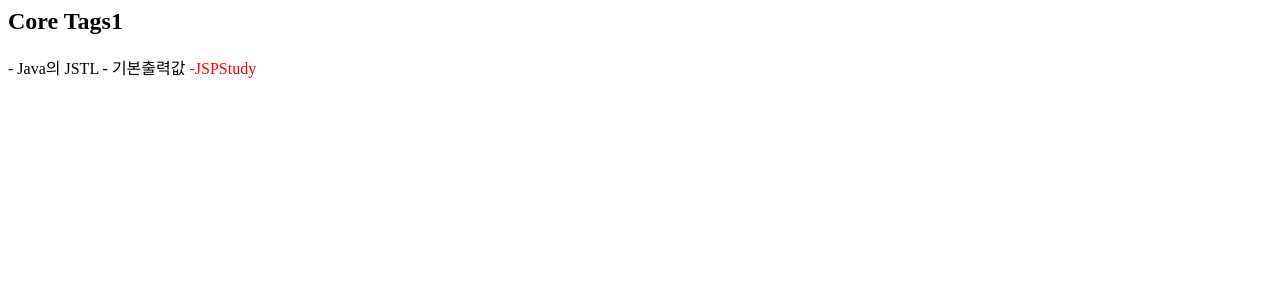
Repository: zboizz/JAVA_practice
Page: http://localhost/myapp/jstl/coreTags1.jsp
The author's editor kept a copy of each file at every save. The page is drawn from the files as they stood at one save, then again after the next save.
The browser window is 1280 px wide. The pictures show the whole page.
The page is served by Tomcat 9. Nobody is signed in. The application's start-up code is not run.

Above is the page before, as saved 2020-01-02 06:28:55.

### myapp/WebContent/jstl/coreTags1.jsp
<!-- coreTags1.jsp -->
<%@ page contentType="text/html; charset=EUC-KR"%>
<%@taglib prefix="c" uri="http://java.sun.com/jsp/jstl/core"%>
<!-- prefix를 작성할때 core인 경우에는 관례적으로 c 를 사용 -->
<%
		request.setCharacterEncoding("EUC-KR");
		String str1 = "Java의 JSTL";
		String str2 = null;
%>
<h2>Core Tags1</h2>
<!-- 4개의 저장소에 변수를 선언 -->
<c:set var="str3" value="JSPStudy" scope="page"/>
<c:set var="str4" value="JSTL" scope="session"/>
<!-- 변수의 출력 -->
- <c:out value="<%=str1%>" default="기본출력값"/>
- <c:out value="<%=str2%>" default="기본출력값"/>

<!-- 변수를 저장소에서 삭제 -->
<c:remove var="str4"/>
<%String s = (String)pageContext.getAttribute("str3");%>
<font color="red">-<%=s%></font>

After the next save:
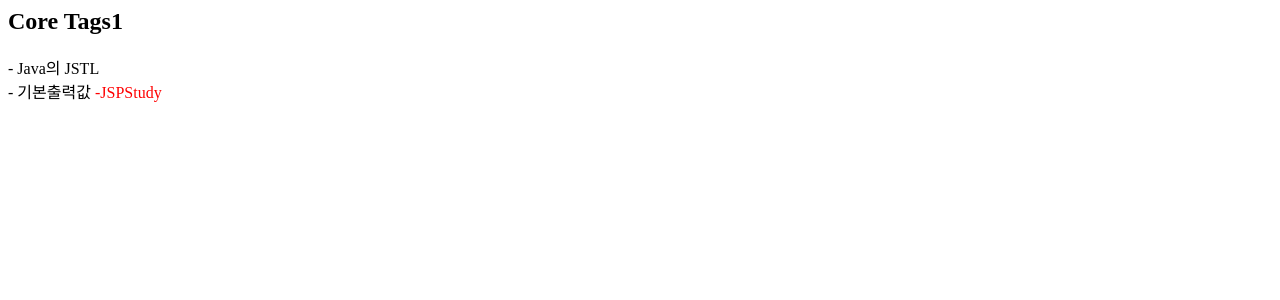
Saved 19 min 7 s later.
--- a/myapp/WebContent/jstl/coreTags1.jsp
+++ b/myapp/WebContent/jstl/coreTags1.jsp
@@ -12,7 +12,7 @@
 <c:set var="str3" value="JSPStudy" scope="page"/>
 <c:set var="str4" value="JSTL" scope="session"/>
 <!-- 변수의 출력 -->
-- <c:out value="<%=str1%>" default="기본출력값"/>
+- <c:out value="<%=str1%>" default="기본출력값"/><br/>
 - <c:out value="<%=str2%>" default="기본출력값"/>
 
 <!-- 변수를 저장소에서 삭제 -->
